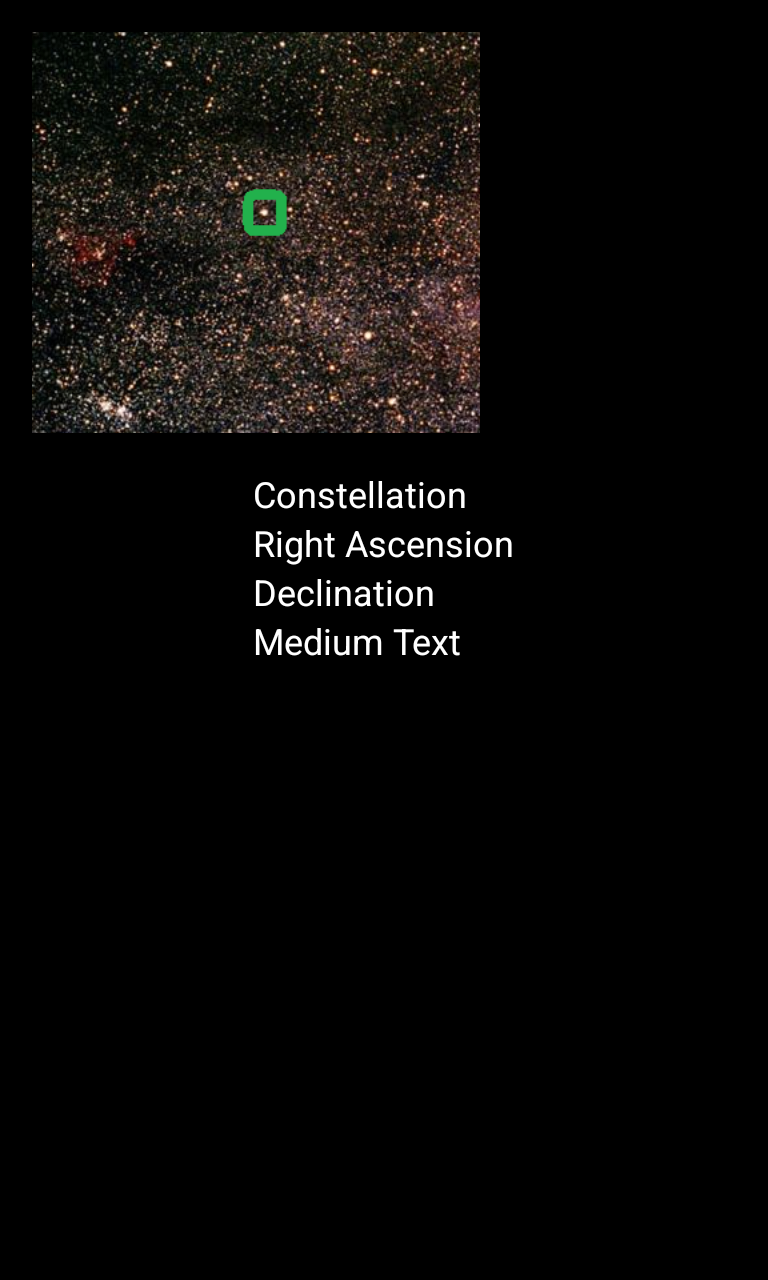
Repository: MoffMade/CSCE315-Android-App
Layout: Constellation Explorer Eclipse Project/Constellation Explorer/res/layout/activity_star_data.xml
An editor plug-in stored every save of this project. The layout is shown before and after the next save, followed by the edit.
It is drawn on a 768 x 1280 px phone screen (xhdpi) without system bars, with theme AppTheme; the app's code is not run.

Above is the layout before, as saved 2013-11-12 03:27:14.

### Constellation Explorer Eclipse Project/Constellation Explorer/res/layout/activity_star_data.xml
<RelativeLayout xmlns:android="http://schemas.android.com/apk/res/android"
    xmlns:tools="http://schemas.android.com/tools"
    android:layout_width="match_parent"
    android:layout_height="match_parent"
    android:background="@color/black"
    android:paddingBottom="@dimen/activity_vertical_margin"
    android:paddingLeft="@dimen/activity_horizontal_margin"
    android:paddingRight="@dimen/activity_horizontal_margin"
    android:paddingTop="@dimen/activity_vertical_margin"
    tools:context=".StarDataActivity" >

    <ImageView
        android:id="@+id/imageView1"
        android:layout_width="wrap_content"
        android:layout_height="wrap_content"
        android:src="@drawable/segin_star" />

    <TableLayout
        android:id="@+id/TableLayout1"
        android:layout_width="wrap_content"
        android:layout_height="wrap_content"
        android:layout_below="@+id/imageView1"
        android:layout_centerHorizontal="true"
        android:layout_marginTop="18dp" >

        <TableRow
            android:id="@+id/tableRow1"
            android:layout_width="wrap_content"
            android:layout_height="wrap_content" >

            <TextView
                android:id="@+id/textView1"
                android:layout_width="wrap_content"
                android:layout_height="wrap_content"
                android:text="@string/constellation"
                android:textAppearance="?android:attr/textAppearanceMedium"
                android:textColor="@color/main_menu_text_color" />
        </TableRow>

        <TableRow
            android:id="@+id/tableRow2"
            android:layout_width="wrap_content"
            android:layout_height="wrap_content" >

            <TextView
                android:id="@+id/textView2"
                android:layout_width="wrap_content"
                android:layout_height="wrap_content"
                android:text="@string/right_ascension"
                android:textAppearance="?android:attr/textAppearanceMedium"
                android:textColor="@color/main_menu_text_color" />
        </TableRow>

        <TableRow
            android:id="@+id/tableRow3"
            android:layout_width="wrap_content"
            android:layout_height="wrap_content" >

            <TextView
                android:id="@+id/textView3"
                android:layout_width="wrap_content"
                android:layout_height="wrap_content"
                android:text="@string/declination"
                android:textAppearance="?android:attr/textAppearanceMedium"
                android:textColor="@color/main_menu_text_color" />
        </TableRow>

        <TableRow
            android:id="@+id/tableRow4"
            android:layout_width="wrap_content"
            android:layout_height="wrap_content" >

            <TextView
                android:id="@+id/textView4"
                android:layout_width="wrap_content"
                android:layout_height="wrap_content"
                android:text="Medium Text"
                android:textAppearance="?android:attr/textAppearanceMedium"
                android:textColor="@color/main_menu_text_color" />
        </TableRow>
    </TableLayout>

</RelativeLayout>

### Constellation Explorer Eclipse Project/Constellation Explorer/res/values/styles.xml
<resources>

    <!--
        Base application theme, dependent on API level. This theme is replaced
        by AppBaseTheme from res/values-vXX/styles.xml on newer devices.
    -->
    <style name="AppBaseTheme" parent="android:Theme.Light">
        <!--
            Theme customizations available in newer API levels can go in
            res/values-vXX/styles.xml, while customizations related to
            backward-compatibility can go here.
        -->
    </style>

    <!-- Application theme. -->
    <style name="AppTheme" parent="AppBaseTheme">
        <!-- All customizations that are NOT specific to a particular API-level can go here. -->
    </style>
    <color name="main_menu_text_color">#FFFFFF</color>
	<color name="black">#000000</color>
    <style name="load_game_spinner_theme" parent="@android:Theme">
        <item name="android:spinnerItemStyle">@style/SpinnerItem</item>
    </style>

    <style name="SpinnerItem" parent="@android:style/Widget.TextView.SpinnerItem">
        <item name="android:textColor">#FFFFFF</item>
    </style>


</resources>

### Constellation Explorer Eclipse Project/Constellation Explorer/res/values/strings.xml
<?xml version="1.0" encoding="utf-8"?>
<resources>

    <string name="app_name">Constellation Explorer</string>
    <string name="action_settings">Settings</string>
    <string name="new_game_button">Start New Game</string>
    <string name="load_game_button">Load Game</string>
    <string name="help_button">Help</string>
    <string name="help_return_button">Back to Main Menu</string>
    <string name="title_activity_load_game">Load Game</string>

    <string-array name="saved_game_list">
        <item>Game 1</item>
        <item>Game 2</item>
        <item>Game 3</item>
    </string-array>

    <string name="help_text">TEST TEXT FOR HELP MENU\n\n*Use Buttons to navigate\n\n\nAuthors: CSCE315 Team E</string>
    <string name="title_activity_help">Help</string>
    <string name="load_game_helper_text">Tap to select the Game you wish to load:</string>
    <string name="load_game_back">Go Back to Main Menu</string>
    <string name="load_game_select">Start Selected Game</string>
    <string name="title_activity_star_map">Star Map</string>
    <string name="hello_world">Hello world!</string>
    <string name="title_activity_game">Game</string>
    <string name="title_activity_star_data">Star Data</string>
    <string name="quit_button">Quit to Menu</string>
    <string name="save_button">Save Progress</string>
    <string name="move_left_button">Move Left!</string>
    <string name="move_right_button">Move Right!</string>
	<string name="constellation">Constellation</string>
	<string name="right_ascension">Right Ascension</string>
	<string name="declination">Declination</string>
	<string name="magnitude">Apparent Magnitude</string>
	<string name="distance">Distance</string>
</resources>

Loaded but not shown: Constellation Explorer Eclipse Project/Constellation Explorer/res/values-v11/styles.xml (common file); Constellation Explorer Eclipse Project/Constellation Explorer/res/values-v14/styles.xml (common file); Constellation Explorer Eclipse Project/Constellation Explorer/res/values/dimens.xml (common file)

After the next save:
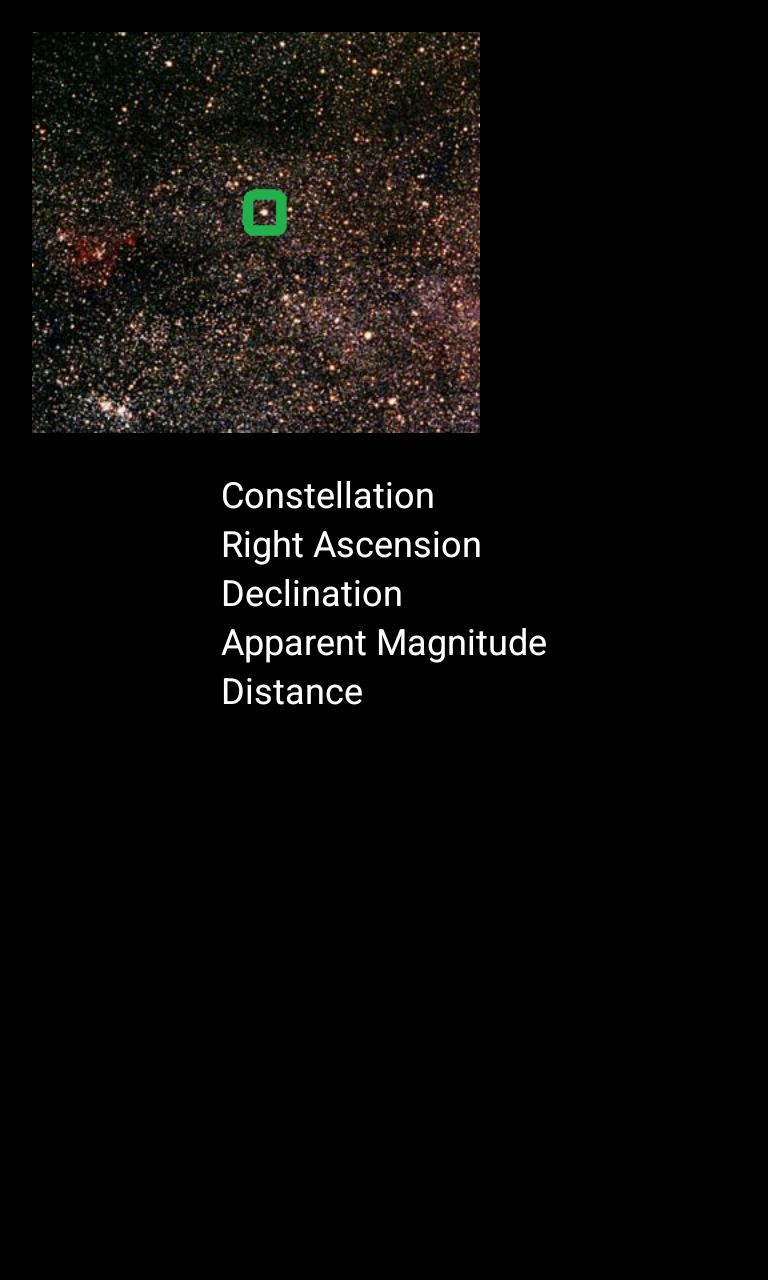
Saved 52 s later.
--- a/Constellation Explorer Eclipse Project/Constellation Explorer/res/layout/activity_star_data.xml
+++ b/Constellation Explorer Eclipse Project/Constellation Explorer/res/layout/activity_star_data.xml
@@ -74,7 +74,21 @@
                 android:id="@+id/textView4"
                 android:layout_width="wrap_content"
                 android:layout_height="wrap_content"
-                android:text="Medium Text"
+                android:text="@string/magnitude"
+                android:textAppearance="?android:attr/textAppearanceMedium"
+                android:textColor="@color/main_menu_text_color" />
+        </TableRow>
+
+        <TableRow
+            android:id="@+id/tableRow5"
+            android:layout_width="wrap_content"
+            android:layout_height="wrap_content" >
+
+            <TextView
+                android:id="@+id/textView5"
+                android:layout_width="wrap_content"
+                android:layout_height="wrap_content"
+                android:text="@string/distance"
                 android:textAppearance="?android:attr/textAppearanceMedium"
                 android:textColor="@color/main_menu_text_color" />
         </TableRow>
